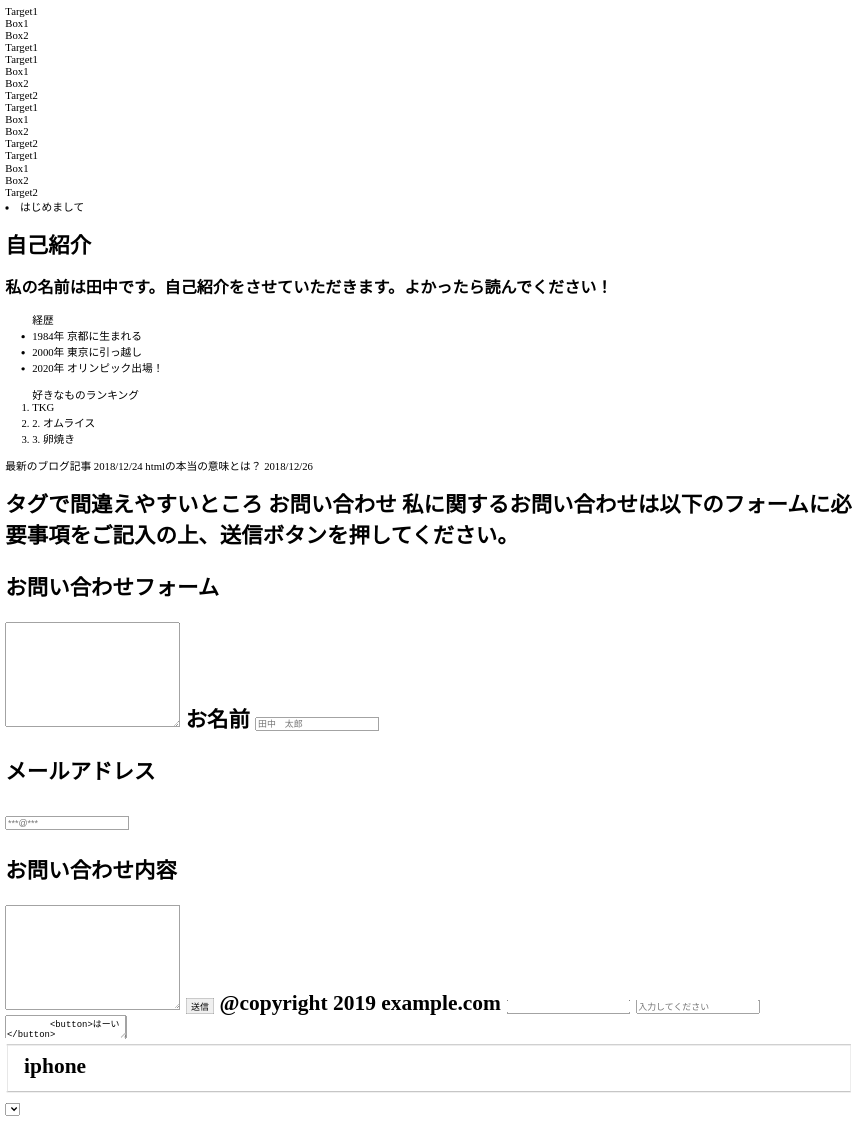
Repository: wairoku/suretigai1
Page: jack.html
These files come from the project's save history. The page is drawn as it stood at one moment and after the next save; the edit follows.
The browser window is 1280 px wide. The pictures show the whole page, at 67% of full size.

Above is the page before, as saved 2019-01-02 19:26:17.

After the next save:
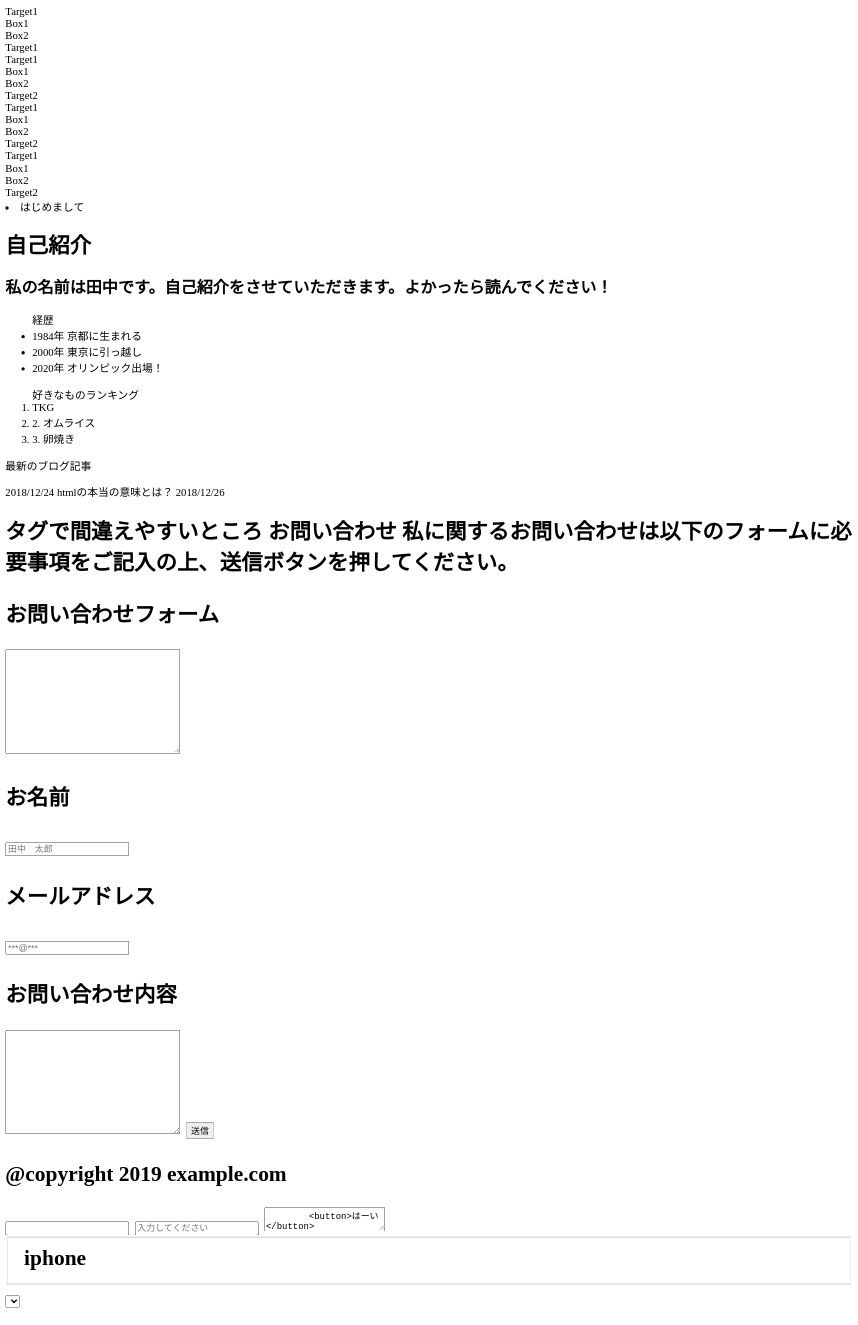
Saved 84 s later.
--- a/jack.html
+++ b/jack.html
@@ -47,7 +47,7 @@
 
 
 
-最新のブログ記事
+<p>最新のブログ記事</p>
 2018/12/24 htmlの本当の意味とは？
 2018/12/26 <h1>タグで間違えやすいところ
 
@@ -56,7 +56,7 @@
 <p>お問い合わせフォーム</p>
 <textarea name="" id="" cols="30" rows="10"></textarea>
 
-お名前
+<p>お名前</p>
 <input type="text" placeholder="田中　太郎">
 
 <p>メールアドレス</p>
@@ -66,7 +66,7 @@
 <textarea name="" id="" cols="30" rows="10"></textarea>
 <input type="button" value="送信">
 
-@copyright 2019 example.com
+<p>@copyright 2019 example.com</p>
 
 
 
